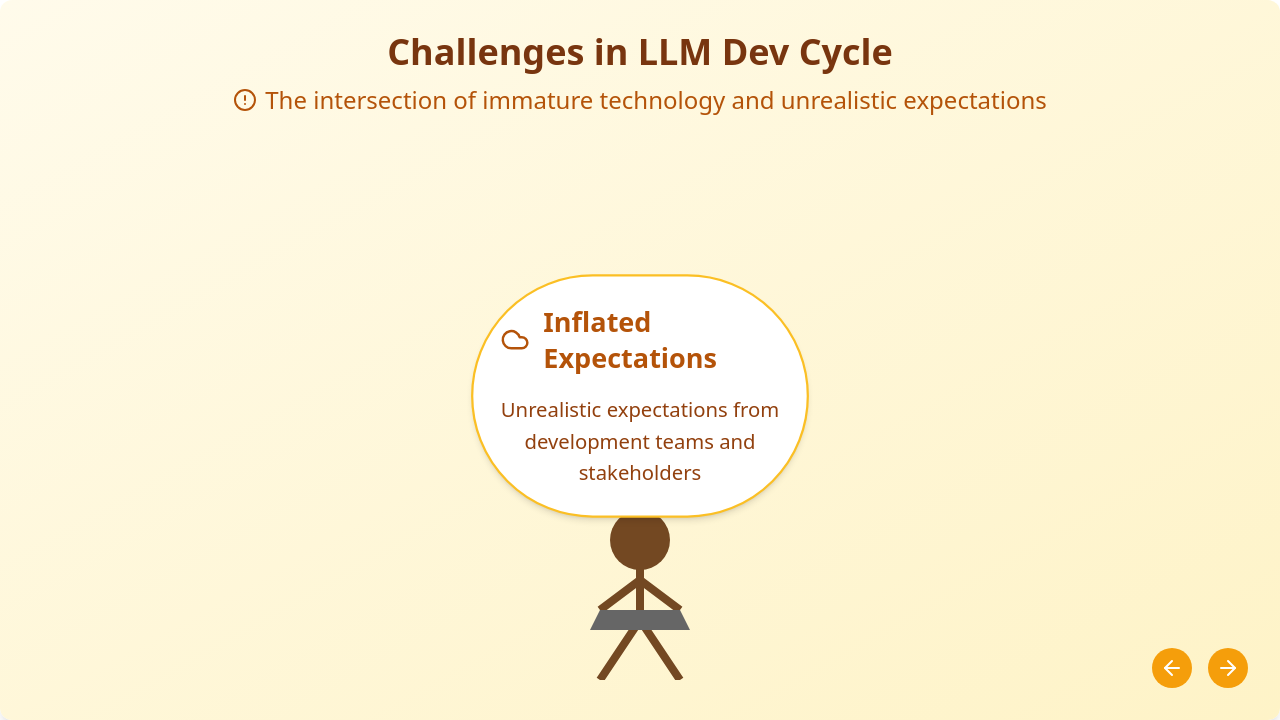
Repository: Galbaz1/dell_presentation
Page: /slide2
An editor plug-in stored every save of this project. The page is shown before and after the next save, followed by the edit.
The browser window is 1280 px wide. The pictures show the whole page.
The project was rebuilt for these pictures with package versions that can differ from the ones it lists, and the page was loaded fresh each time. The framework's server and built-in components were replaced by stand-ins that run in the browser. Also part of the build but not shown: styles/animations/slide1.css, styles/animations/slide2.css.

Above is the page before, as saved 2024-11-13 12:56:47.

### pages/_app.tsx
import '../styles/globals.css'
import '../styles/animations/slide1.css'
import '../styles/animations/slide2.css'
import type { AppProps } from 'next/app'

function MyApp({ Component, pageProps }: AppProps) {
  return <Component {...pageProps} />
}

export default MyApp

### pages/slide2.tsx
import React, { useState, useEffect } from 'react';
import { ArrowRight, ArrowLeft, AlertCircle, Cloud } from 'lucide-react';
import Link from 'next/link';
import { motion, AnimatePresence } from 'framer-motion';
import { useRouter } from 'next/router';

const Slide2: React.FC = () => {
  const router = useRouter();

  const [animationPhase, setAnimationPhase] = useState<'falling' | 'hitting' | 'growing' | 'pulsing'>('falling');

  useEffect(() => {
    const sequence = async () => {
      await new Promise(resolve => setTimeout(resolve, 2000));
      setAnimationPhase('hitting');

      await new Promise(resolve => setTimeout(resolve, 1000));
      setAnimationPhase('growing');

      await new Promise(resolve => setTimeout(resolve, 15000));
      setAnimationPhase('pulsing');
    };

    sequence();
  }, []);

  useEffect(() => {
    const handleKeyDown = (event: KeyboardEvent) => {
      switch (event.key) {
        case 'ArrowLeft':
          router.push('/');
          break;
        case 'ArrowRight':
          router.push('/slide3');
          break;
      }
    };

    window.addEventListener('keydown', handleKeyDown);
    return () => window.removeEventListener('keydown', handleKeyDown);
  }, [router]);

  const blockVariants = {
    falling: {
      y: "-200vh",
      x: "-50%",
      transition: {
        y: {
          type: "tween",
          duration: 12,
          ease: "easeIn"
        }
      }
    },
    hitting: {
      y: "140%",
      x: "-50%",
      transition: {
        type: "spring",
        stiffness: 300,
        damping: 15
      }
    },
    growing: {
      y: "50%",
      x: "-50%",
      scale: [1, 1.2, 1.1, 1.4, 1.3, 1.6, 1.5, 1.8, 1.7, 2],
      transition: {
        y: { duration: 1, ease: "easeOut" },
        scale: {
          duration: 15,
          times: [0, 0.1, 0.2, 0.3, 0.4, 0.5, 0.6, 0.7, 0.8, 1],
          ease: "easeInOut"
        }
      }
    },
    pulsing: {
      y: "50%",
      x: "-50%",
      scale: [2, 2.1, 2],
      transition: {
        scale: {
          duration: 2,
          repeat: Infinity,
          ease: "easeInOut"
        }
      }
    }
  };

  const developerVariants = {
    standing: {
      x: "-50%",
      rotate: 0
    },
    fallen: {
      x: "100%",
      rotate: 90,
      transition: {
        type: "spring",
        stiffness: 60,
        damping: 20,
        restDelta: 0.001
      }
    }
  };

  return (
    <div className="bg-gradient-to-br from-amber-50 to-amber-100 p-8 rounded-xl shadow-lg min-h-screen overflow-hidden relative">
      {/* Header */}
      <div className="mb-16 text-center">
        <h1 className="text-4xl font-bold text-amber-900 mb-3">Challenges in LLM Dev Cycle</h1>
        <p className="text-2xl text-amber-700 flex items-center justify-center">
          <AlertCircle className="w-6 h-6 mr-2" />
          The intersection of immature technology and unrealistic expectations
        </p>
      </div>

      {/* Main Content Area */}
      <div className="max-w-5xl mx-auto relative h-[500px]">
        {/* Developer Figure */}
        <motion.div
          className="absolute bottom-0 left-1/2 -translate-x-1/2 origin-bottom z-10"
          variants={developerVariants}
          initial="standing"
          animate={animationPhase === 'hitting' ? 'fallen' : 'standing'}
        >
          <div className="relative w-[200px] h-[200px]">
            <svg viewBox="0 0 100 100" className="w-full h-full">
              <path
                d="M50 35 L50 70 L30 100 M50 70 L70 100 M50 50 L30 65 M50 50 L70 65"
                stroke="#734822"
                strokeWidth="4"
                fill="none"
              />
              <circle cx="50" cy="30" r="15" fill="#734822" />
              <path
                d="M30 65 L70 65 L75 75 L25 75 Z"
                fill="#666"
              />
            </svg>
          </div>
        </motion.div>

        {/* Falling Block - Changed to Circle */}
        <motion.div
          className="absolute left-1/2 -translate-x-1/2 top-0 w-[300px] z-20"
          variants={blockVariants}
          initial="falling"
          animate={animationPhase}
        >
          <div className="bg-white p-6 rounded-full shadow-md border-2 border-amber-400">
            <div className="flex items-center justify-center mb-4 text-amber-700">
              <Cloud className="w-8 h-8" />
              <h3 className="text-2xl font-semibold ml-3">Inflated Expectations</h3>
            </div>
            <p className="text-lg text-amber-800 text-center">
              Unrealistic expectations from development teams and stakeholders
            </p>
          </div>
        </motion.div>
      </div>

      {/* Navigation */}
      <div className="absolute bottom-8 right-8 flex items-center space-x-4">
        <Link href="/" className="bg-amber-500 hover:bg-amber-600 text-white p-2 rounded-full transition-colors">
          <ArrowLeft className="w-6 h-6" />
        </Link>
        <Link href="/slide3" className="bg-amber-500 hover:bg-amber-600 text-white p-2 rounded-full transition-colors">
          <ArrowRight className="w-6 h-6" />
        </Link>
      </div>
    </div>
  );
};

export default Slide2;

### styles/globals.css
@tailwind base;
@tailwind components;
@tailwind utilities;

@keyframes fallAndBounce {
  0% {
    transform: translateY(-100%) translateX(-50%);
  }
  70% {
    transform: translateY(140%) translateX(-50%);
  }
  75% {
    transform: translateY(130%) translateX(-50%);
  }
  80% {
    transform: translateY(135%) translateX(-50%);
  }
  85% {
    transform: translateY(128%) translateX(-50%);
  }
  90% {
    transform: translateY(132%) translateX(-50%);
  }
  100% {
    transform: translateY(0%) translateX(-50%);
  }
}

@keyframes developerFall {
  0%, 69% {
    transform: translateX(-50%) rotate(0deg);
  }
  100% {
    transform: translateX(100%) rotate(90deg);
  }
}

@keyframes pulsate {
  0% {
    transform: translateY(0%) translateX(-50%) scale(1);
  }
  8% {
    transform: translateY(0%) translateX(-50%) scale(1.15);
  }
  10% {
    transform: translateY(0%) translateX(-50%) scale(1.1);
  }
  18% {
    transform: translateY(0%) translateX(-50%) scale(1.35);
  }
  20% {
    transform: translateY(0%) translateX(-50%) scale(1.3);
  }
  28% {
    transform: translateY(0%) translateX(-50%) scale(1.55);
  }
  30% {
    transform: translateY(0%) translateX(-50%) scale(1.5);
  }
  38% {
    transform: translateY(0%) translateX(-50%) scale(1.75);
  }
  40% {
    transform: translateY(0%) translateX(-50%) scale(1.7);
  }
  48% {
    transform: translateY(0%) translateX(-50%) scale(1.95);
  }
  50% {
    transform: translateY(0%) translateX(-50%) scale(1.9);
  }
  100% {
    transform: translateY(0%) translateX(-50%) scale(2);
  }
}

@keyframes explodePiece {
  0% {
    transform: translate(0, 0) rotate(0);
    opacity: 1;
  }
  100% {
    transform: translate(var(--tx), 1000px) rotate(var(--tr));
    opacity: 0;
  }
}

.animate-fall-bounce {
  animation:
    fallAndBounce 3s cubic-bezier(0.4, 0, 0.2, 1) forwards,
    pulsate 8s cubic-bezier(0.4, 0, 0.2, 1) 5s forwards;
}

.animate-developer-fall {
  animation: developerFall 1.2s cubic-bezier(0.4, 0, 0.2, 1) forwards;
  animation-delay: 2.1s;
}

.explosion-piece {
  position: absolute;
  animation: explodePiece 2s cubic-bezier(0.4, 0, 0.2, 1) forwards;
  animation-delay: 16s; /* 5s wait + 8s growth + 3s wait */
}

### tailwind.config.js
/** @type {import('tailwindcss').Config} */
module.exports = {
  content: [
    "./pages/**/*.{js,ts,jsx,tsx}",
    "./components/**/*.{js,ts,jsx,tsx}",
    "./styles/**/*.css",
  ],
  theme: {
    extend: {},
  },
  plugins: [],
}

After the next save:
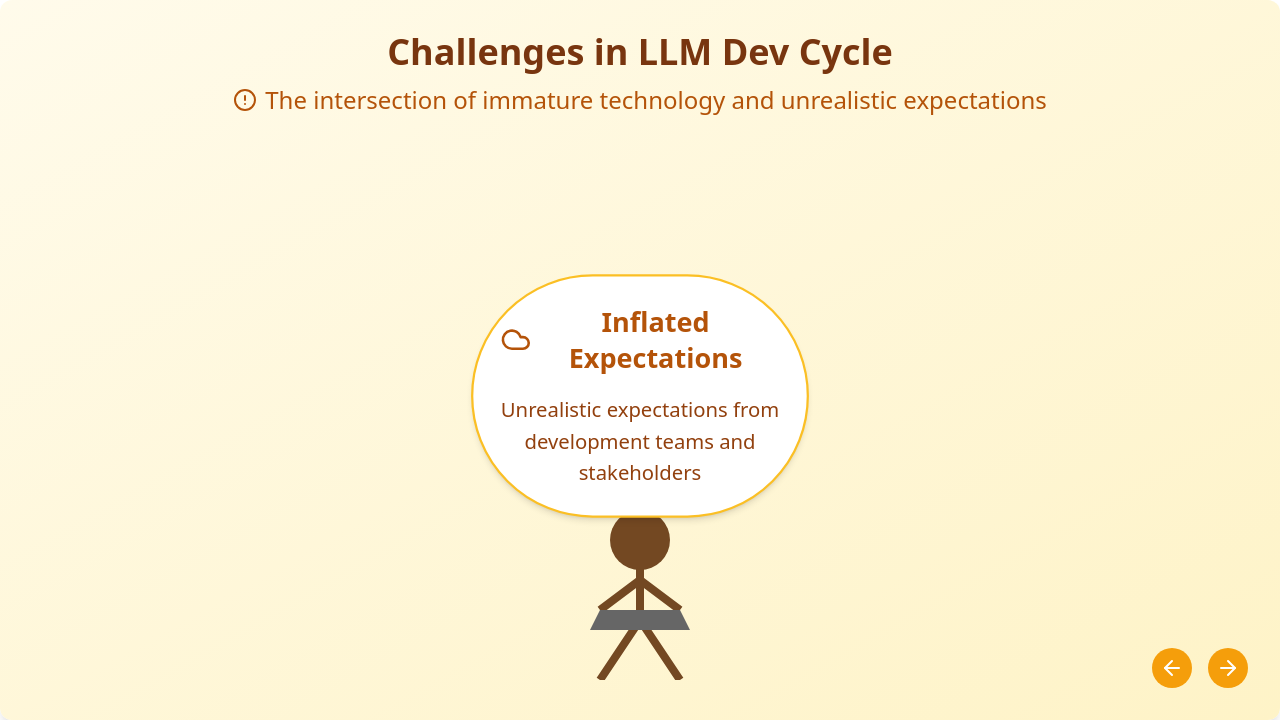
Saved 18 s later.
--- a/pages/slide2.tsx
+++ b/pages/slide2.tsx
@@ -152,7 +152,7 @@ const Slide2: React.FC = () => {
           <div className="bg-white p-6 rounded-full shadow-md border-2 border-amber-400">
             <div className="flex items-center justify-center mb-4 text-amber-700">
               <Cloud className="w-8 h-8" />
-              <h3 className="text-2xl font-semibold ml-3">Inflated Expectations</h3>
+              <h3 className="text-2xl font-semibold text-center">Inflated Expectations</h3>
             </div>
             <p className="text-lg text-amber-800 text-center">
               Unrealistic expectations from development teams and stakeholders
